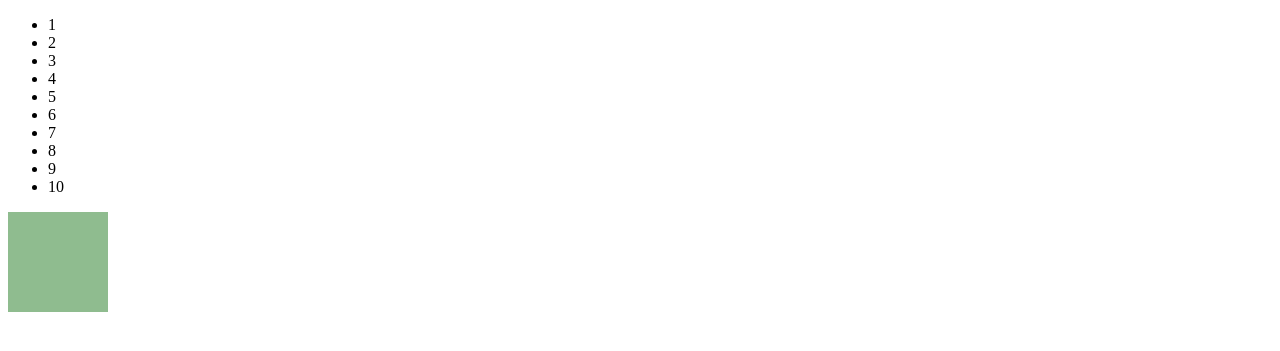
Repository: rumor1993/DreamCoding-Browser101
Page: Chapter06/event-delegation.html
The author's editor kept a copy of each file at every save. The page is drawn from the files as they stood at one save, then again after the next save.
The browser window is 1280 px wide. The pictures show the whole page.

Above is the page before, as saved 2020-12-30 14:47:29.

### Chapter06/event-delegation.html
<!DOCTYPE html>
<html lang="en">
  <head>
    <meta charset="UTF-8" />
    <meta name="viewport" content="width=device-width, initial-scale=1.0" />
    <title>Document</title>
    <style>
      .selected {
        background-color: yellow;
      }

      #test1 {
        width: 100px;
        height: 100px;
        background-color: darkseagreen;
      }

      #test2 {
        z-index: 1000;
        width: 50px;
        height: 50px;
        background-color: darkslateblue;
      }
    </style>
  </head>
  <body>
    <ul>
      <li>1</li>
      <li>2</li>
      <li>3</li>
      <li>4</li>
      <li>5</li>
      <li>6</li>
      <li>7</li>
      <li>8</li>
      <li>9</li>
      <li>10</li>
    </ul>

    <div id="test1">
      <div id="idtest2"></div>
    </div>
    <script>
      // Bad
      // const lis = document.querySelectorAll('li');
      // lis.forEach(li => {
      //   li.addEventListener('click', () => {
      //     li.classList.add('selected');
      //   });
      // });

      // Coooooooool 🙌
      const ul = document.querySelector("ul");
      ul.addEventListener("click", (event) => {
        if (event.target.tagName == "LI") {
          event.target.classList.add("selected");
        }
      });

      const test1 = document.querySelector("#test1");
      test1.addEventListener("click", () => {
        console.log("### 1 ###");
      });
    </script>
  </body>
</html>

After the next save:
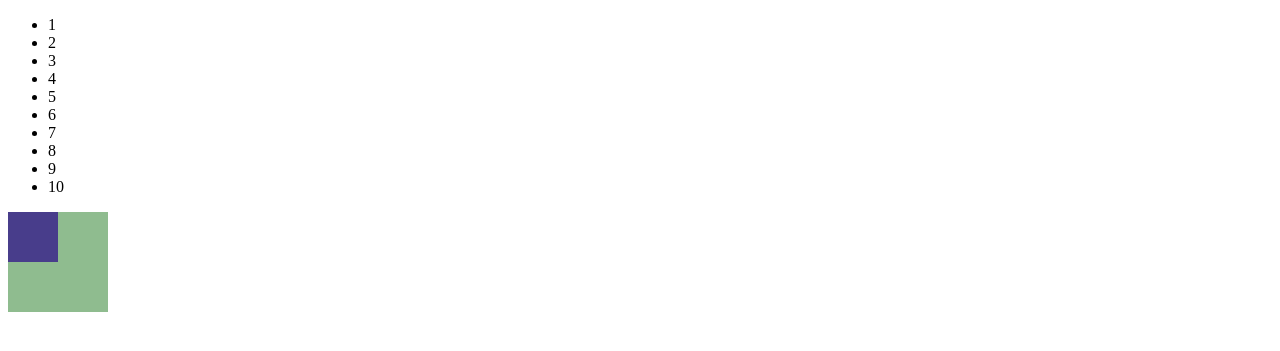
Saved 21 s later.
--- a/Chapter06/event-delegation.html
+++ b/Chapter06/event-delegation.html
@@ -38,7 +38,7 @@
     </ul>
 
     <div id="test1">
-      <div id="idtest2"></div>
+      <div id="test2"></div>
     </div>
     <script>
       // Bad
